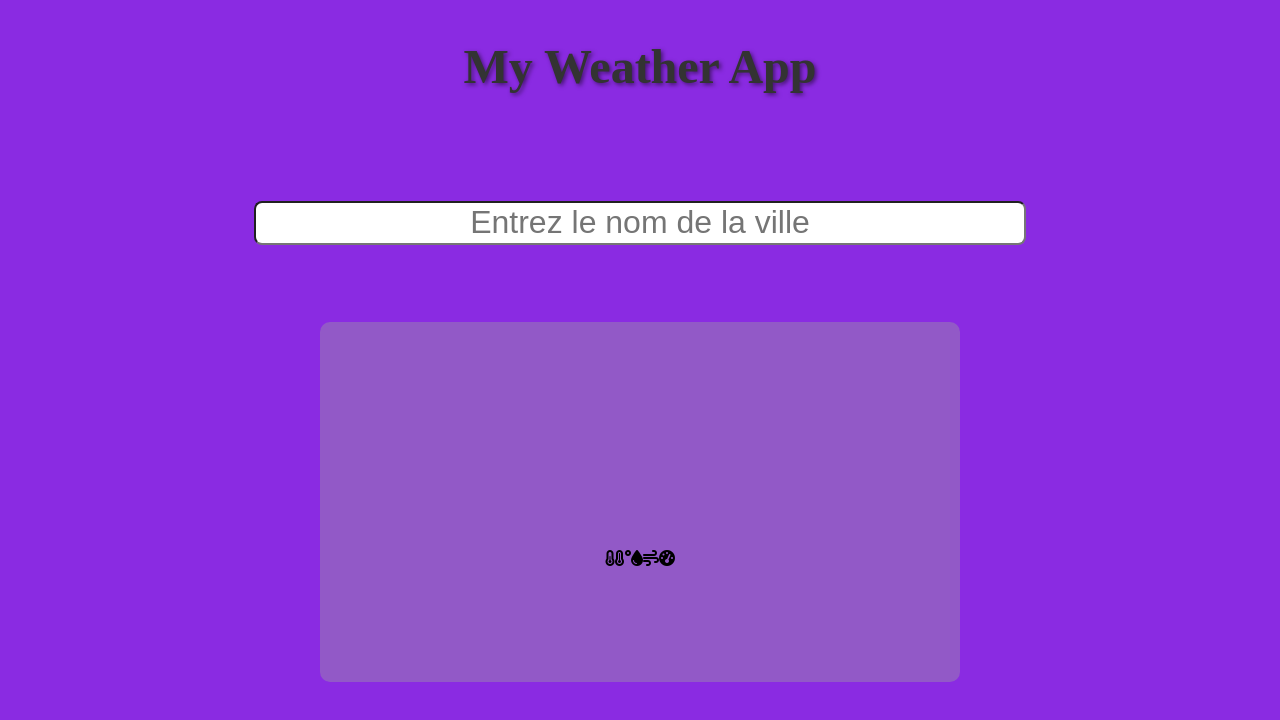
Repository: JeffnyAugustin/MyWeatherApp
Page: index.html
These files come from the project's save history. The page is drawn as it stood at one moment and after the next save; the edit follows.
The browser window is 1280 px wide. The pictures show the whole page.

Above is the page before, as saved 2023-11-14 18:03:08.

### index.html
<!DOCTYPE html>
<html lang="fr">

<head>
    <meta charset="UTF-8">
    <meta http-equiv="X-UA-Compatible" content="IE=edge">
    <meta name="viewport" content="width=device-width, initial-scale=1.0">
    <link rel="stylesheet" href="https://cdnjs.cloudflare.com/ajax/libs/font-awesome/6.4.0/css/all.min.css"
        integrity="sha512-iecdLmaskl7CVkqkXNQ/ZH/XLlvWZOJyj7Yy7tcenmpD1ypASozpmT/E0iPtmFIB46ZmdtAc9eNBvH0H/ZpiBw=="
        crossorigin="anonymous" referrerpolicy="no-referrer" />

    <link rel="stylesheet" href="/css/style.css">
    <title>My Weather App</title>
</head>

<body>

    <div id="container">
        <h1>My Weather App</h1>
    </div>

    <script src="/js/script.js"></script>
</body>

</html>

### css/style.css
* {
    padding : 0;
    margin: 0;
}

body {
display: flex;
justify-content: center;
}

#container {
    background-color: blueviolet;
    height: 100vh;
    width: 100vw;
    display: flex;
    flex-direction: column;
    align-items: center;
    justify-content: space-around;

}

#searchBox {
    text-align: center;
    width: 60%;
    height: 40px;
    border-radius: 8px;
    margin-top: 10px;
    font-size: 2rem;
}


#allTogether {
    width: 50VW;
    height: 50VH;
    display: flex;
    flex-direction: column;
    justify-content: space-evenly;
    align-items: center;
    background-color: rgb(158 158 158 / 40%);
    border-radius: 10px;
}

div#meteoElement {
    display: flex;
    flex-direction: row;
    justify-content: space-around;
    flex-wrap: wrap;
}

div#cityElement {
    display: flex;
    flex-direction: row;
    gap: 10px;
}

p {
    font-size: 2rem;
    color: white;
}

p.cityName {
    text-align: center;
}


h1 {
    font-size: 3em; /* Adjust the font size as needed */
    text-align: center;
    color: #333; /* Set your desired text color */
    text-transform: capitalize;
    margin-bottom: 20px;
    text-shadow: 2px 2px 4px rgba(0, 0, 0, 0.5); /* Add a subtle text shadow for a 3D effect */

}

### js/script.js
// Clé D'api
const API_KEY = "b476218e49ef0d0755a713e9ba77f79a";
// Lien vers L'api finissant par une recherche
const API_URL = `https://api.openweathermap.org/data/2.5/forecast?appid=${API_KEY}&units=metric&lang=fr&q=`;


const divContain = document.getElementById("container");
divContain.id = "container";

// Création barre de recherche
const inputSearch = document.createElement("input");
inputSearch.id = "searchBox";
inputSearch.type = "text";
inputSearch.placeholder = "Entrez le nom de la ville"; // Ajout du placeholder

// Création de div
const newDiv = document.createElement("div");
newDiv.id = "allTogether";

const infoCityDiv = document.createElement("div");
infoCityDiv.id = "cityDescription";


// Création de div oiuyr stocker img + description
const cityImgDiv = document.createElement("div");
cityImgDiv.id = "cityElement";

// Création de div pour afficher les informations météorologiques
const weather = document.createElement("div");
weather.id = "meteoElement";

// Création balise paragraphe pour collecter le nom de la ville
const cityName = document.createElement("p");
cityName.className = "cityName";

// Création de div pour afficher la température
const temperatureDiv = document.createElement("div");
temperatureDiv.className = "temperature-container";

// Création balise paragraphe
const temperature = document.createElement("p");
temperature.className = "temps";

// Création de div pour afficher le temps ressenti
const feelsLikeDiv = document.createElement("div");
feelsLikeDiv.className = "feels-like-container";

// Création balise paragraphe pour la sensation thermique
const feelsLike = document.createElement("p");
feelsLike.className = "feels-like";

// Création de div pour afficher l'humidité
const humidityDiv = document.createElement("div");
humidityDiv.className = "humidity-container";

// Création de balise paragraphe pour l'humidité
const humidity = document.createElement("p");
humidity.className = "humidity";

// Création de div pour afficher le vent
const windDiv = document.createElement("div");
windDiv.className = "wind-container";

// Création de balise wind
const DataWind = document.createElement("p");
DataWind.className = "wind";



// Création de div pour l'humidité
const pressureDiv = document.createElement("div");
pressureDiv.className = "pressure-container";

// Création de balise paragraphe pour la pression atmosphérique
const pressure = document.createElement("p");
pressure.className = "pressure";

// Création de div pour afficher la description
const descriptionDiv = document.createElement("div");
descriptionDiv.className = "description-container";

// Création de balise paragraphe pour la description
const description = document.createElement("p");
description.className = "description";



// Création balise image
const image = document.createElement("img");

// Création balise icône pour la température
const temperatureIcon = document.createElement("i");
temperatureIcon.className = "fas fa-thermometer-half";

// Création balise icône pour la sensation thermique
const feelsLikeIcon = document.createElement("i");
feelsLikeIcon.className = "fas fa-temperature-high";

// Création balise icône pour l'humidité
const humidityIcon = document.createElement("i");
humidityIcon.className = "fas fa-tint";

// Création balise icône pour le vent
const windIcon = document.createElement("i");
windIcon.className = "fas fa-wind";

// Création balise icône pour la pression
const pressureIcon = document.createElement("i");
pressureIcon.className = "fas fa-tachometer-alt";



temperatureDiv.append(temperatureIcon, temperature); // ajout de l'icône

feelsLikeDiv.append(feelsLikeIcon, feelsLike); // ajout de l'icône

humidityDiv.append(humidityIcon, humidity); // ajout de l'icône

windDiv.append(windIcon, DataWind); // ajout de l'icône

pressureDiv.append(pressureIcon, pressure)

descriptionDiv.appendChild( description); // ajout de l'icône




// Function to format the date and time
function formatDateTime() {
    const currentDate = new Date();
    const options = { weekday: 'long', year: 'numeric', month: 'long', day: 'numeric', hour: 'numeric', minute: 'numeric', second: 'numeric'};
    return currentDate.toLocaleDateString('fr-FR', options);
}

// Create a div to display the date and time
    const dateTimeDiv = document.createElement("div");
    dateTimeDiv.id = "dateTime";
    infoCityDiv.appendChild(dateTimeDiv);

function checkWeather(city) {
    fetch(API_URL + city)
        .then(res => {
            if (!res.ok) {
                throw new Error("La ville n'a pas été trouvée");
            }
            return res.json();
        })
        .then(data => {
            cityName.textContent = data.city.name;
            image.src = `http://openweathermap.org/img/w/${data.list[0].weather[0].icon}.png`;

            description.textContent = data.list[0].weather[0].description;
            temperature.innerHTML = ` Température :  ${Math.round(data.list[0].main.temp)}°C `;
            feelsLike.textContent = "Temps Ressenti : " + Math.round(data.list[0].main.feels_like) + "°C";
            humidity.textContent = "humidityIcon : " + data.list[0].main.humidity + "%";
            DataWind.textContent = "Vitesse du vent : " + Math.floor(data.list[0].wind.speed) + " Km/h";
            pressure.textContent = "Pression : " + data.list[0].main.pressure + " hPa";

               // Display the date and time
               dateTimeDiv.textContent = "Date du jour : " + formatDateTime();

        })
        .catch(error => {
            console.error("Erreur de requête :", error.message);
            // Ajoutez ici un traitement pour informer l'utilisateur de l'erreur
        });
}

inputSearch.addEventListener("change", () => {
    checkWeather(inputSearch.value);
});


weather.append(temperatureDiv, feelsLikeDiv, humidityDiv, windDiv, pressureDiv); // ajout des éléments Weather
newDiv.append(infoCityDiv, weather); // ajout du conteneur Weather à newDiv
infoCityDiv.append(cityName, cityImgDiv)
cityImgDiv.append(image, descriptionDiv)
divContain.append(inputSearch, newDiv); // ajout de tous les éléments à divContain
document.body.appendChild(divContain);



// Mise à jour des informations météorologiques toutes les 5 minutes
setInterval(function () {
    // Ici, mettre à jour les informations de la météo à l'aide de l'API ou d'autres sources
    // Vous pouvez appeler la fonction checkWeather avec la dernière ville recherchée
    checkWeather(inputSearch.value);
}, 5 * 60 * 1000);

After the next save:
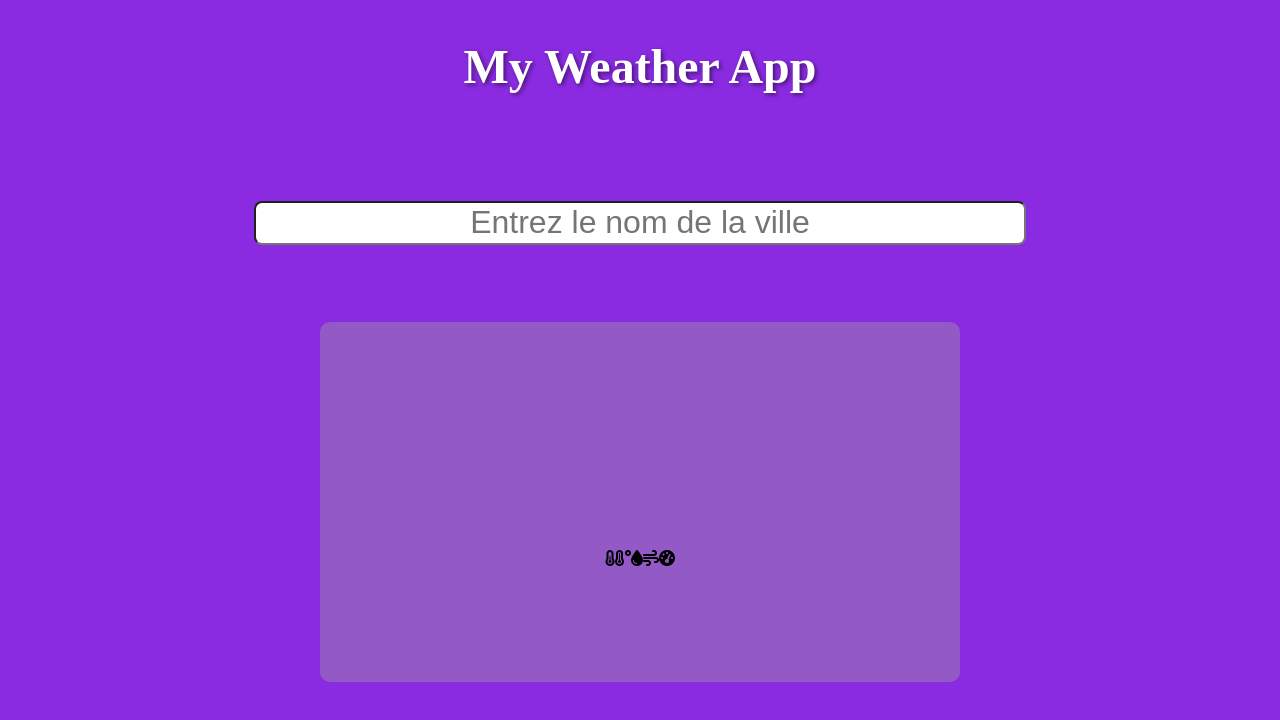
Saved 32 s later.
--- a/css/style.css
+++ b/css/style.css
@@ -66,7 +66,7 @@ p.cityName {
 h1 {
     font-size: 3em; /* Adjust the font size as needed */
     text-align: center;
-    color: #333; /* Set your desired text color */
+    color: #ffffff; /* Set your desired text color */
     text-transform: capitalize;
     margin-bottom: 20px;
     text-shadow: 2px 2px 4px rgba(0, 0, 0, 0.5); /* Add a subtle text shadow for a 3D effect */
